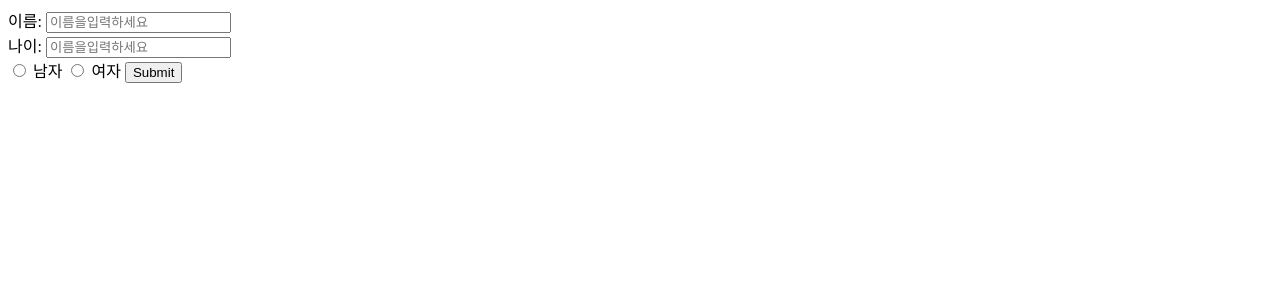
Repository: manchott/JAVAstudy
Page: workspace/Back02_Servlet/WebContent/regist.html
An editor plug-in stored every save of this project. The page is shown before and after the next save, followed by the edit.
The browser window is 1280 px wide. The pictures show the whole page.

Above is the page before, as saved 2022-10-31 05:43:28.

After the next save:
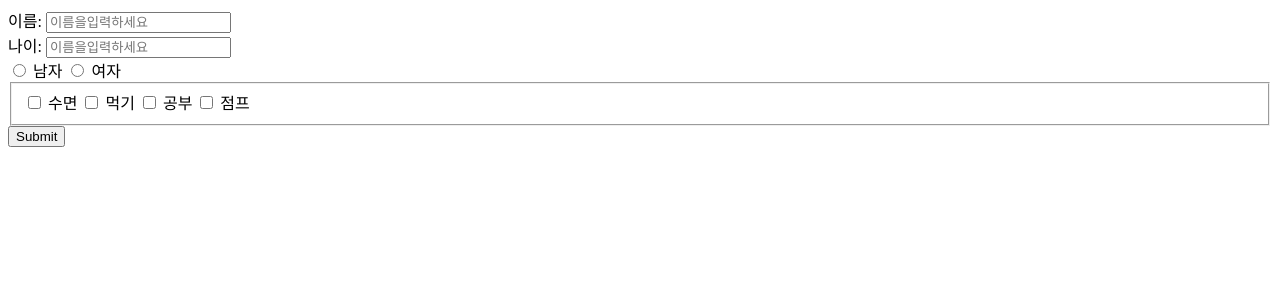
Saved 86 s later.
--- a/workspace/Back02_Servlet/WebContent/regist.html
+++ b/workspace/Back02_Servlet/WebContent/regist.html
@@ -5,7 +5,8 @@
 <title>Insert title here</title>
 </head>
 <body>
-	<form action="FormServlet" method="POST">
+	<form action="main" method="POST">
+		<input type="hidden" name="action" value="regist">
 		<label>이름: </label>
 		<input type="text" placeholder="이름을입력하세요"name="name"> <br>
 		<label>나이: </label>
@@ -15,6 +16,17 @@
 		<input type="radio" id="woman" name="gender" value="woman">
 		<label for="woman">여자</label>
 
+		<fieldset>
+			<input type="checkbox" id="sleep" name="hobby" value="sleep">
+			<label for="sleep">수면</label>
+			<input type="checkbox" id="woman" name="hobby" value="eat">
+			<label for="eat">먹기</label>
+			<input type="checkbox" id="man" name="hobby" value="study">
+			<label for="study">공부</label>
+			<input type="checkbox" id="woman" name="hobby" value="jump">
+			<label for="jump">점프</label>
+		</fieldset>
+
 		<input type="submit">
 	</form>
 </body>
